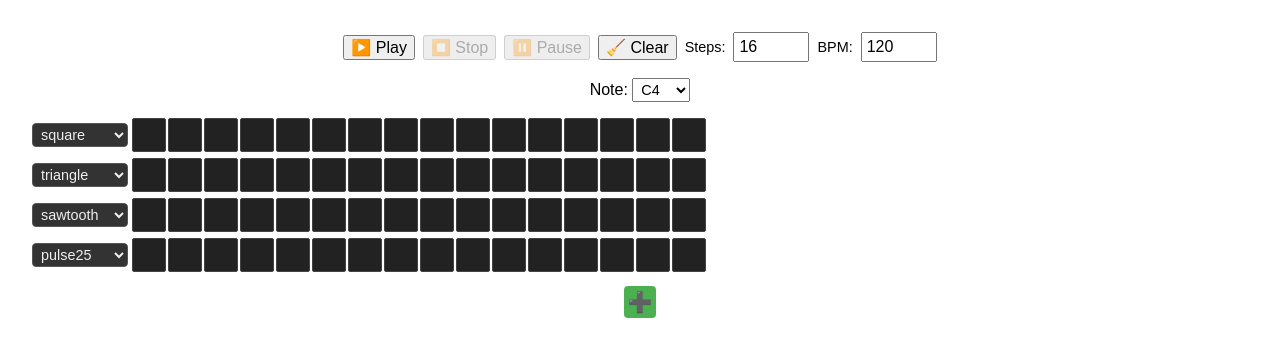
Repository: Aldentec/8-bit-Composer
Page: index.html
These files come from the project's save history. The page is drawn as it stood at one moment and after the next save; the edit follows.
The browser window is 1280 px wide. The pictures show the whole page.
Some web libraries are served in a nearby version.

Above is the page before, as saved 2025-05-28 09:38:37.

### index.html
<!DOCTYPE html>
<html lang="en">
<head>
  <meta charset="UTF-8">
  <title>Modular 8-Bit Sequencer</title>
  <link rel="stylesheet" href="style.css">
</head>
<body>
    <div id="controls">
        <button id="play">▶️ Play</button>
        <button id="stop">⏹️ Stop</button>
        <button id="pause">⏸️ Pause</button>
        <button id="clear">🧹 Clear</button>

        <label for="steps-input">Steps:</label>
        <input id="steps-input" type="number" min="1" value="16" style="width:4rem;">

        <label for="bpm-input">BPM:</label>
        <input id="bpm-input" type="number" min="1" max="300" value="120" style="width:4rem;">
    </div>

    <div id="note-picker-container">
        <label for="note-input">Note:</label>
        <select id="note-input"></select>
    </div>

    <div id="grid"></div>

  <!-- Tone.js as global, then our modules -->
  <script src="node_modules/tone/build/Tone.js"></script>

  <script>
  // populate note picker from C1 up to B6
  const noteInput = document.getElementById('note-input');
  const octaves = [1,2,3,4,5,6];
  const names   = ['C','C#','D','D#','E','F','F#','G','G#','A','A#','B'];
  octaves.forEach(oct => {
    names.forEach(n => {
      const opt = document.createElement('option');
      opt.value = `${n}${oct}`;
      opt.textContent = `${n}${oct}`;
      noteInput.append(opt);
    });
  });
  // set default
  noteInput.value = 'C4';
  </script>

  <script type="module" src="js/main.js"></script>
</body>
</html>

### style.css
body {
  font-family: sans-serif;
  margin: 2rem;
  text-align: center;
}

/* style.css */

#grid {
  display: flex;
  flex-direction: column;
  align-items: flex-start;
  gap: 6px;
  overflow-x: auto;
  padding-bottom: 0.5rem;
}

.grid-row {
  display: grid;
  align-items: center;
  /* first column auto-width (dropdown), then STEPS × 2rem */
  /* grid-template-columns is still set inline in initGrid() */
  column-gap: 4px;            /* <-- only 4px between dropdown/cells */
  /* remove any generic 'gap' here if you still have it */
}

.add-row {
  width: 2rem;
  height: 2rem;
  margin: 0.5rem auto 0;   /* center horizontally, small top gap */
  background: #4caf50;
  color: white;
  font-size: 1.25rem;
  display: flex;
  align-items: center;
  justify-content: center;
  border-radius: 4px;
  cursor: pointer;
}
.add-row:hover {
  background: #66bb6a;
}

.instrument-select {
  width: 6rem;
  padding: 2px 4px;
  font-size: 0.9rem;
  border: 1px solid #555;
  border-radius: 4px;
  background: #333;
  color: #eee;
}

.cell {
  position: relative;
  font-size: 0.6rem;
  line-height: 1rem;
  display: flex;
  align-items: center;
  justify-content: center;
  width: 2rem;
  height: 2rem;
  background: #222;
  border: 1px solid #444;
  border-radius: 2px;
  cursor: pointer;
  transition: background 0.2s;
}
.cell.active { background: #4caf50; }
.cell:hover  { background: #555; }

#controls {
  display: flex;
  gap: 0.5rem;
  align-items: center;
  justify-content: center;
  margin-bottom: 1rem;
}
#controls button,
#controls input,
#controls select {
  font-size: 1rem;
}
#controls label {
  user-select: none;
  font-size: 0.9rem;
}
#controls input[type="number"] {
  padding: 0.25rem;
  font-size: 1rem;
}

#note-picker-container {
  margin: 0 auto 1rem;
  text-align: center;
}
#note-picker-container select {
  font-size: 0.9rem;
  padding: 2px 4px;
}

### js/main.js
// js/main.js

import {
  initGrid,
  clearGrid,
  INSTRUMENT_OPTIONS
} from './grid.js';
import { createVoices }      from './voices.js';
import { initSequencer }     from './sequencer.js';

document.addEventListener('DOMContentLoaded', () => {
  // 1) Initial rows: pick your first four defaults from the full options
  let instrumentNames = INSTRUMENT_OPTIONS.slice(0, 4);

  // 2) UI controls
  const playBtn  = document.getElementById('play');
  const pauseBtn = document.getElementById('pause');
  const stopBtn  = document.getElementById('stop');
  const clearBtn = document.getElementById('clear');
  const stepsIn  = document.getElementById('steps-input');
  const bpmIn    = document.getElementById('bpm-input');

  let voices = [];  // will hold our trigger functions

  // 3) Build or rebuild the grid + sequencer
  function build(steps, bpm) {
    // a) draw the grid (dropdowns + cells)
    initGrid('grid', instrumentNames, steps);

    // b) create voices in the same order as rows
    voices = createVoices(instrumentNames);

    // c) reset the Transport
    Tone.Transport.stop();
    Tone.Transport.cancel();
    Tone.Transport.position = 0;
    Tone.Transport.bpm.value = bpm;

    // d) schedule the sequencer
    initSequencer(voices);

    // e) button state reset
    playBtn.disabled  = false;
    pauseBtn.disabled = true;
    stopBtn.disabled  = true;
  }

  // 4) Initial build (16 steps @ 120 BPM)
  build(Number(stepsIn.value), Number(bpmIn.value));

  // 5) Play / Pause / Stop / Clear
  playBtn.addEventListener('click', async () => {
    await Tone.start();
    Tone.Transport.stop();
    Tone.Transport.position = 0;
    Tone.Transport.start();
    playBtn.disabled  = true;
    pauseBtn.disabled = false;
    stopBtn.disabled  = false;
  });

  pauseBtn.addEventListener('click', () => {
    Tone.Transport.pause();
    playBtn.disabled  = false;
    pauseBtn.disabled = true;
    stopBtn.disabled  = false;
  });

  stopBtn.addEventListener('click', () => {
    Tone.Transport.stop();
    Tone.Transport.position = 0;
    playBtn.disabled  = false;
    pauseBtn.disabled = true;
    stopBtn.disabled  = true;
  });

  clearBtn.addEventListener('click', () => {
    clearGrid();
    Tone.Transport.stop();
    Tone.Transport.position = 0;
    playBtn.disabled  = false;
    pauseBtn.disabled = true;
    stopBtn.disabled  = true;
  });

  // 6) Steps change → rebuild everything
  stepsIn.addEventListener('change', () => {
    const s = Math.max(1, Number(stepsIn.value) || 1);
    build(s, Number(bpmIn.value));
  });

  // 7) BPM change → live tempo update
  bpmIn.addEventListener('change', () => {
    const b = Math.max(1, Math.min(300, Number(bpmIn.value) || 120));
    Tone.Transport.bpm.value = b;
  });

  document.addEventListener('addRowClicked', () => {
    // append a new row with default instrument
    instrumentNames.push(INSTRUMENT_OPTIONS[0]);
    // rebuild grid & sequencer
    build(Number(stepsIn.value), Number(bpmIn.value));
  });

  // 8) Instrument dropdown change → update that row’s voice only
  document.addEventListener('instrumentChanged', ({ detail: { row, type } }) => {
    // update the array
    instrumentNames[row] = type;

    // rebuild voices to reflect the new type
    voices = createVoices(instrumentNames);

    // re-schedule the transport so new voice takes effect
    Tone.Transport.stop();
    Tone.Transport.cancel();
    Tone.Transport.position = 0;
    initSequencer(voices);
  });
});

### js/grid.js
// js/grid.js

// Sequencer dimensions and state (set in initGrid)
export let STEPS    = 16;
export let CHANNELS = 0;
export let gridState = [];
export let noteState = [];

/**
 * A master list of all available instrument types for the dropdowns.
 */
export const INSTRUMENT_OPTIONS = [
  'square',
  'triangle',
  'sawtooth',
  'pulse25',
  'pulse50',
  'pulse75',
  'fmsynth',
  'amsynth',
  'metal',
  'membrane',
  'noise-white',
  'noise-pink',
  'drum-kick',
  'drum-snare',
  'drum-tom',
  'drum-hat'
];

/**
 * Renders a scrollable sequencer grid with a dropdown per row.
 *
 * @param {string} containerId       id of the <div> to fill
 * @param {string[]} instrumentTypes initial instrument type per row
 * @param {number} steps             number of columns
 */
export function initGrid(containerId, instrumentTypes = [], steps = 16) {
  CHANNELS = instrumentTypes.length;
  STEPS    = steps;

  // rebuild the on/off state
  gridState = Array.from(
    { length: CHANNELS },
    () => Array(STEPS).fill(false)
  );

  const container = document.getElementById(containerId);
  container.innerHTML = '';

  instrumentTypes.forEach((initialType, row) => {
    const rowEl = document.createElement('div');
    rowEl.className = 'grid-row';
    // configure columns: dropdown + STEPS cells
    rowEl.style.gridTemplateColumns = `auto repeat(${STEPS}, 2rem)`;

    // 1) Dropdown to select instrument
    const select = document.createElement('select');
    select.className = 'instrument-select';
    INSTRUMENT_OPTIONS.forEach(type => {
      const opt = document.createElement('option');
      opt.value = type;
      opt.textContent = type;
      if (type === initialType) opt.selected = true;
      select.append(opt);
    });
    select.addEventListener('change', e => {
      document.dispatchEvent(new CustomEvent('instrumentChanged', {
        detail: { row, type: e.target.value }
      }));
    });
    rowEl.append(select);

    // 2) Sequencer step-cells
    for (let step = 0; step < STEPS; step++) {
      const cell = document.createElement('div');
      cell.className = 'cell';
      cell.dataset.row  = row;
      cell.dataset.step = step;
      cell.addEventListener('click', () => {
        gridState[row][step] = !gridState[row][step];
        cell.classList.toggle('active', gridState[row][step]);
      });
      rowEl.append(cell);
    }

    container.append(rowEl);
  });

  const addRowEl = document.createElement('div');
  addRowEl.className = 'add-row';
  addRowEl.textContent = '➕';
  addRowEl.title = 'Add a row';
  addRowEl.addEventListener('click', () => {
    document.dispatchEvent(new Event('addRowClicked'));
  });
  container.append(addRowEl);
}

/**
 * Clears all active steps in both state and UI.
 */
export function clearGrid() {
  gridState.forEach(rowArr => rowArr.fill(false));
  document.querySelectorAll('.cell.active')
          .forEach(cell => cell.classList.remove('active'));
}

### js/voices.js
// js/voices.js

/**
 * Given an array of instrument‐type strings, returns
 * a trigger function for each row that takes (time, note).
 */
export function createVoices(instrumentTypes) {
  const env = { attack: 0.01, decay: 0.1, sustain: 0.5, release: 0.1 };

  return instrumentTypes.map(type => {
    switch (type) {
      // Basic synth voices use the passed-in note
      case 'square':
        return (time, note) => {
          new Tone.Synth({
            oscillator: { type: 'square' },
            envelope: env
          })
            .toDestination()
            .triggerAttackRelease(note, '16n', time);
        };

      case 'triangle':
        return (time, note) => {
          new Tone.Synth({
            oscillator: { type: 'triangle' },
            envelope: env
          })
            .toDestination()
            .triggerAttackRelease(note, '16n', time);
        };

      case 'sawtooth':
        return (time, note) => {
          new Tone.Synth({
            oscillator: { type: 'sawtooth' },
            envelope: env
          })
            .toDestination()
            .triggerAttackRelease(note, '16n', time);
        };

      case 'pulse25':
      case 'pulse50':
      case 'pulse75': {
        const width = type === 'pulse25' ? 0.25
                    : type === 'pulse50' ? 0.5
                    : 0.75;
        return (time, note) => {
          new Tone.Synth({
            oscillator: { type: 'pulse', width },
            envelope: env
          })
            .toDestination()
            .triggerAttackRelease(note, '16n', time);
        };
      }

      // More complex synths
      case 'fmsynth':
        return (time, note) => {
          new Tone.FMSynth({ modulationIndex: 12, envelope: env })
            .toDestination()
            .triggerAttackRelease(note, '16n', time);
        };

      case 'amsynth':
        return (time, note) => {
          new Tone.AMSynth({ harmonicity: 3, envelope: env })
            .toDestination()
            .triggerAttackRelease(note, '16n', time);
        };

      case 'metal':
        return (time, note) => {
          new Tone.MetalSynth({ envelope: env })
            .toDestination()
            .triggerAttackRelease(note, '16n', time);
        };

      case 'membrane':
        return (time, note) => {
          new Tone.MembraneSynth({
            envelope: { attack: 0.001, decay: 0.4, sustain: 0, release: 1 }
          })
            .toDestination()
            // for membrane synth we’ll still use the note, defaulting to C2 if none
            .triggerAttackRelease(note || 'C2', '8n', time);
        };

      // Noise synth ignores pitch
      case 'noise-white':
      case 'noise-pink': {
        const noiseType = type.split('-')[1];
        return (time/*, note*/) => {
          new Tone.NoiseSynth({
            noise: { type: noiseType },
            envelope: { attack: 0.001, decay: 0.2, sustain: 0 }
          })
            .toDestination()
            .triggerAttackRelease('16n', time);
        };
      }

      // Drum voices ignore the note argument
      case 'drum-kick':
      case 'drum-tom':
        return (time/*, note*/) => {
          new Tone.MembraneSynth({
            pitchDecay: 0.05,
            octaves: 10,
            envelope: { attack: 0.001, decay: 0.4, sustain: 0, release: 1 }
          })
            .toDestination()
            .triggerAttackRelease(
              type === 'drum-kick' ? 'C2' : 'C3',
              '8n',
              time
            );
        };

      case 'drum-snare':
      case 'drum-hat':
        return (time/*, note*/) => {
          new Tone.NoiseSynth({
            noise: { type: type === 'drum-snare' ? 'white' : 'pink' },
            envelope: { attack: 0.001, decay: 0.2, sustain: 0 }
          })
            .toDestination()
            .triggerAttackRelease('16n', time);
        };

      // Fallback: no sound
      default:
        return () => {};
    }
  });
}

### js/sequencer.js
// js/sequencer.js

import { STEPS, gridState, noteState } from './grid.js';

let repeatId = null;

/**
 * Initializes the sequencer:
 *  - Sets the Transport BPM
 *  - Clears any existing schedule
 *  - Schedules a 16th-note repeat that:
 *      • computes the current step
 *      • checks gridState[row][step]
 *      • if active, calls trigger(time, noteState[row][step])
 *
 * @param {Function[]} voices  Array of (time, note) => void trigger functions
 * @param {number} bpm         Tempo in beats per minute
 */
export function initSequencer(voices, bpm = 120) {
  // 1) set tempo
  Tone.Transport.bpm.value = bpm;

  // 2) clear any existing scheduled callback
  if (repeatId !== null) {
    Tone.Transport.clear(repeatId);
    repeatId = null;
  }

  // 3) schedule a single repeat on 16th notes
  repeatId = Tone.Transport.scheduleRepeat((time) => {
    // compute current step based on ticks
    const step = Math.floor(Tone.Transport.ticks / (Tone.Transport.PPQ / 4)) % STEPS;

    voices.forEach((trigger, row) => {
      if (gridState[row][step]) {
        const note = noteState[row][step];
        trigger(time, note);
      }
    });
  }, '16n');
}

/**
 * Binds a Play/Pause toggle to a button.
 * @param {string} buttonId  ID of the button element
 */
export function bindPlayButton(buttonId) {
  const btn = document.getElementById(buttonId);
  btn.textContent = '▶️ Play';
  btn.addEventListener('click', async () => {
    await Tone.start();
    if (Tone.Transport.state === 'started') {
      Tone.Transport.stop();
      btn.textContent = '▶️ Play';
    } else {
      Tone.Transport.start();
      btn.textContent = '⏸️ Pause';
    }
  });
}

After the next save:
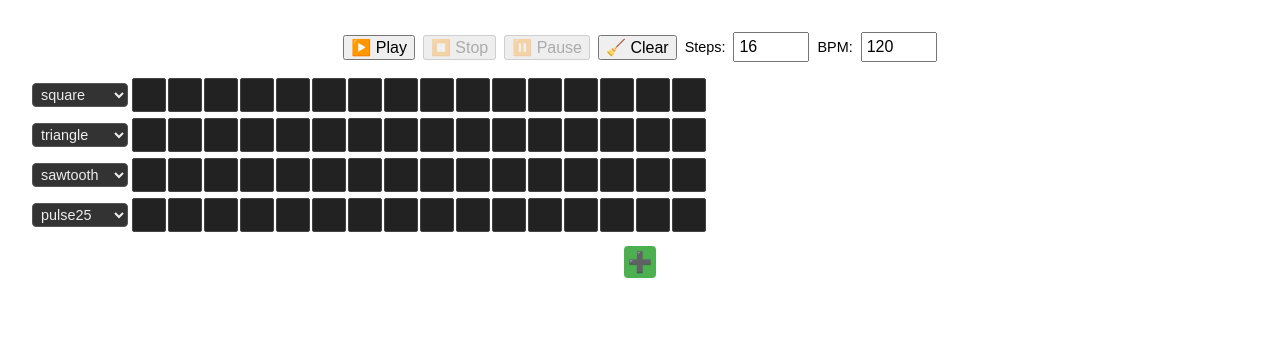
Saved 14 s later.
--- a/index.html
+++ b/index.html
@@ -19,33 +19,10 @@
         <input id="bpm-input" type="number" min="1" max="300" value="120" style="width:4rem;">
     </div>
 
-    <div id="note-picker-container">
-        <label for="note-input">Note:</label>
-        <select id="note-input"></select>
-    </div>
-
-    <div id="grid"></div>
+  <div id="grid"></div>
 
   <!-- Tone.js as global, then our modules -->
   <script src="node_modules/tone/build/Tone.js"></script>
-
-  <script>
-  // populate note picker from C1 up to B6
-  const noteInput = document.getElementById('note-input');
-  const octaves = [1,2,3,4,5,6];
-  const names   = ['C','C#','D','D#','E','F','F#','G','G#','A','A#','B'];
-  octaves.forEach(oct => {
-    names.forEach(n => {
-      const opt = document.createElement('option');
-      opt.value = `${n}${oct}`;
-      opt.textContent = `${n}${oct}`;
-      noteInput.append(opt);
-    });
-  });
-  // set default
-  noteInput.value = 'C4';
-  </script>
-
   <script type="module" src="js/main.js"></script>
 </body>
 </html>
